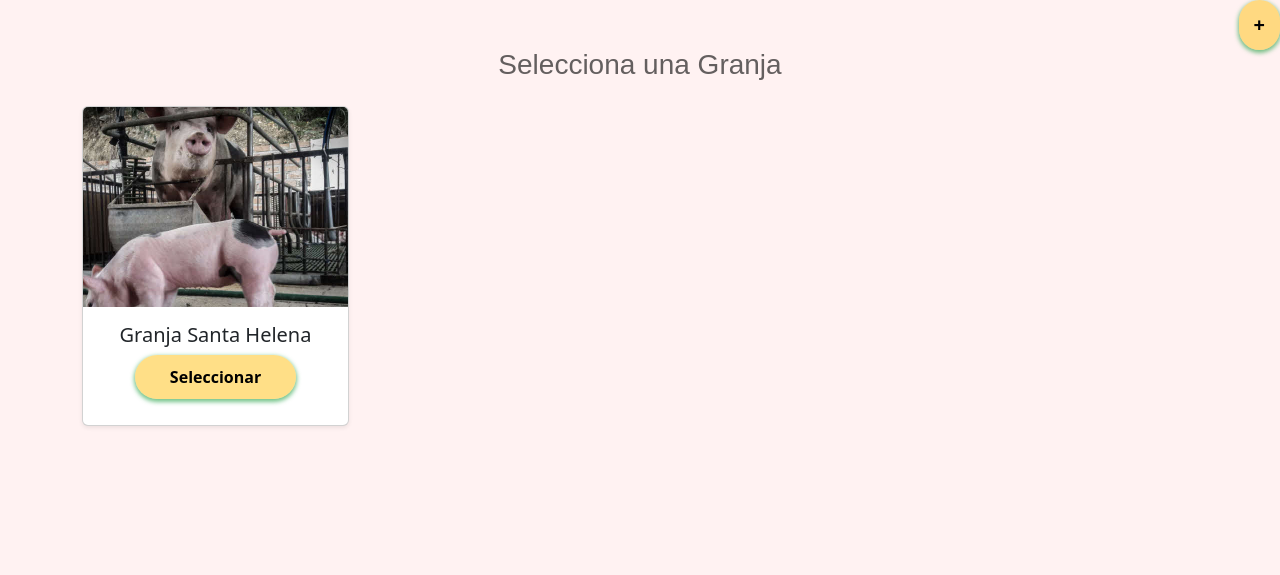
Repository: Mateojimenezz/Granja-Santa-Helena
Page: seleccionarGranja.html
These files come from the project's save history. The page is drawn as it stood at one moment and after a run of saves; the edit follows.
The browser window is 1280 px wide. The pictures show the whole page.
Some web fonts or font styles are not loaded; a fallback is used.

Above is the page before, as saved 2025-05-13 10:51:06.

### seleccionarGranja.html
<!DOCTYPE html>
<html lang="es">
<head>
    <meta charset="UTF-8">
    <meta name="viewport" content="width=device-width, initial-scale=1.0">
    <title>La Granja</title>
    <link href="https://cdn.jsdelivr.net/npm/bootstrap@5.3.3/dist/css/bootstrap.min.css" rel="stylesheet" integrity="sha384-QWTKZyjpPEjISv5WaRU9OFeRpok6YctnYmDr5pNlyT2bRjXh0JMhjY6hW+ALEwIH" crossorigin="anonymous">

    <link rel="stylesheet" href="./assets/css/seleccionarGranja.css">
    <link rel="stylesheet" href="https://cdn.jsdelivr.net/npm/bootstrap-icons@1.11.3/font/bootstrap-icons.min.css">
    <link href="https://fonts.googleapis.com/css2?family=Calistoga&display=swap" rel="stylesheet">

  </head>
<body>
    <div class="container mt-5">
        <h3 class="text-center mb-4">Selecciona una Granja</h3>

        <div class="row g-3" id="granjas-list">
            <!-- Primera granja fija -->
            <div class="col-md-3 " id="granjas-container">
                <div class="card shadow-sm">
                    <img src="./assets/img/granja2.jpg" class="card-img-top" alt="Santa Helena">
                    <div class="card-body text-center">
                        <h5 class="card-title">Granja Santa Helena</h5>
                        <button class="btn btn-form" onclick="seleccionarGranja('Santa Helena')">Seleccionar</button>
                    </div>
                </div>
            </div>

            <!-- Aquí se agregarán las granjas dinámicamente -->
        </div>

        <!-- Botón para ir a la página de agregar nueva granja -->
        <div class="text-center mt-4">
            <a href="agregarGranja.html" id="agregar-granja" class="btn btn-form"> + </a>
        </div>
    </div>






  <!-- bootstrap JS -->
  <script src="https://cdn.jsdelivr.net/npm/bootstrap@5.3.3/dist/js/bootstrap.bundle.min.js" integrity="sha384-YvpcrYf0tY3lHB60NNkmXc5s9fDVZLESaAA55NDzOxhy9GkcIdslK1eN7N6jIeHz" crossorigin="anonymous"></script>
  <script src="./assets/js/seleccionarGranja.js"></script>




</body>

</html>

### assets/css/seleccionarGranja.css

@import "./variables.css";
body{
    background-color: var( --color-FondoDiv2);
}
.container h3 {
    text-align: center;
    margin-bottom: 20px;
    color: var(--color-TextoMenuLateral);
    font-family: var(--font-principal);
}
.granja-card {
    width: 150px;
    margin: 10px;
    padding: 10px;
    border: 1px solid #ccc;
    border-radius: 8px;
    text-align: center;
    box-shadow: 2px 2px 10px rgba(0,0,0,0.2);
}



.granja-card button {
    margin-top: 10px;
    background-color: #007bff;
    color: white;
    border: none;
    padding: 5px 10px;
    cursor: pointer;
    border-radius: 5px;
}
.card-img-top {
    width: 100%;
    height: 200px; /* Ajusta según el diseño */
    object-fit: cover; /* Recorta la imagen para que se ajuste sin deformarse */

}
.btn-form{
    background-color: var(  --color-Botones);
    padding: 10px 35px;
    margin-bottom: 10px;
    border: none;
    border-radius: 30px;
    color: black;
    font-weight: bold;
    box-shadow: 0 2px 4px 1px  rgba(25, 157, 60, 0.6) /* Sombra verde */

  }
  .btn-form:hover {
    background-color: #f4cf50; /* Tonalidad más oscura */
    color: black;
  }
  .btn-form:active {
    background-color:var(--color-principal)!important;
    color: white !important;
    box-shadow: none !important;
  }

#granjas-container {
    position: relative; /* Habilitamos posicionamiento dentro del contenedor */
    display: flex;
    flex-wrap: wrap;
    gap: 15px; /* Espaciado entre granjas */
}

#agregar-granja {
    position: absolute;
    top: 0;
    right: 0;
    z-index: 10; /* Asegura que esté por encima de las tarjetas */
    padding: 10px 15px;
    font-size: 20px;
}

### assets/js/seleccionarGranja.js
// ✅ Mostrar vista previa de imagen antes de guardarla
document.getElementById("imagen")?.addEventListener("change", function(event) {
    const file = event.target.files[0];
    const reader = new FileReader();

    reader.onload = function() {
        document.getElementById("preview").src = reader.result;
        document.getElementById("preview").style.display = "block";
    };

    if (file) {
        reader.readAsDataURL(file);
    }
});

// ✅ Guardar nueva granja y redirigir a `seleccionarGranja.html`
document.getElementById("form-granja")?.addEventListener("submit", function(event) {
    event.preventDefault();

    const nombreGranja = document.getElementById("nombre").value;
    const urlImagen = document.getElementById("preview").src;

    if (nombreGranja && urlImagen) {
        let granjas = JSON.parse(localStorage.getItem("granjas")) || [];
        granjas.push({ nombre: nombreGranja, imagen: urlImagen });
        localStorage.setItem("granjas", JSON.stringify(granjas));

        alert("Granja agregada correctamente!");

        window.location.href = "seleccionarGranja.html"; // Redirigir
    }
});

// ✅ Cargar las granjas guardadas en `seleccionarGranja.html`
document.addEventListener("DOMContentLoaded", function() {
    const listaGranjas = document.getElementById("granjas-list");
    let granjas = JSON.parse(localStorage.getItem("granjas")) || [];

    if (granjas.length === 0) {
        console.warn("No hay granjas en el localStorage.");
    }

    granjas.forEach(granja => {
        const nuevaGranja = document.createElement("div");
        nuevaGranja.classList.add("col-md-3");

        nuevaGranja.innerHTML = `
            <div class="card shadow-sm">
                <img src="${granja.imagen}" class="card-img-top" alt="Imagen de ${granja.nombre}">
                <div class="card-body text-center">
                    <h5 class="card-title">${granja.nombre}</h5>
                    <button class="btn btn-form" onclick="seleccionarGranja('${granja.nombre}')">Seleccionar</button>
                </div>
            </div>
        `;

        listaGranjas.appendChild(nuevaGranja);
    });
});

function seleccionarGranja(nombre) {
    alert(`Has seleccionado la granja: ${nombre}`);
    localStorage.setItem("granjaSeleccionada", nombre);
    window.location.href = "dashboard.html"; // Redirigir a la vista de la granja
}

// ✅ Guardar la granja seleccionada y redirigir a `inicio.html`
function seleccionarGranja(nombre) {
    localStorage.setItem("granjaSeleccionada", nombre);
    window.location.href = "paginaDeInicio.html"; // Redirigir a la página principal
}

### assets/css/variables.css
/* variables.css */
:root {
    --color-principal: #1CAD48 ;
    --color-Botones: rgba(255, 187, 0, 0.47);
    --color-texto: white;
    --color-fondo: #f5f5f5;
    --font-principal: 'calistoga','arial';
    --color-fondoDiv: #F8E91C;
    --color-FondoDiv2:#FFF2F2;
    --color-Footter: #D9D9D9;
    --letra-gris: #B0B0B7;
    --color-menu-lateral:#BDEAAD;
    --color-TextoMenuLateral:#645f5f; /* Color de texto del menú lateral */
    --fondo-formularios:#FFFFFF; /* Color de fondo de los formularios */
  }

After the next 2 saves:
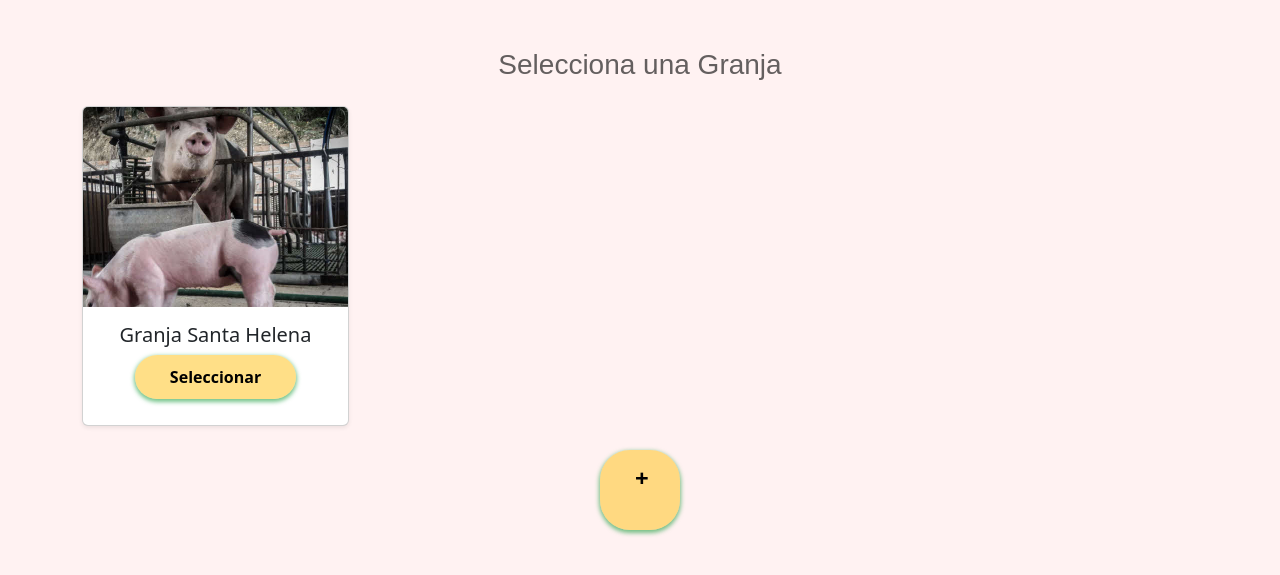
The 2 saves are shown as one change because they came seconds apart.
The last was saved 35 s later.
--- a/assets/css/seleccionarGranja.css
+++ b/assets/css/seleccionarGranja.css
@@ -58,17 +58,15 @@ body{
   }
 
 #granjas-container {
-    position: relative; /* Habilitamos posicionamiento dentro del contenedor */
     display: flex;
-    flex-wrap: wrap;
-    gap: 15px; /* Espaciado entre granjas */
+    flex-wrap: wrap; /* Permite que las tarjetas se acomoden en varias filas */
+    align-items: flex-start; /* Asegura que el botón se mantenga alineado con las tarjetas */
+    gap: 15px; /* Espaciado entre tarjetas y el botón */
 }
 
 #agregar-granja {
-    position: absolute;
-    top: 0;
-    right: 0;
-    z-index: 10; /* Asegura que esté por encima de las tarjetas */
-    padding: 10px 15px;
-    font-size: 20px;
+    align-self: flex-start; /* Mantiene el botón alineado con las tarjetas */
+    width: 80px; /* Tamaño fijo */
+    height: 80px;
+    font-size: 24px;
 }
